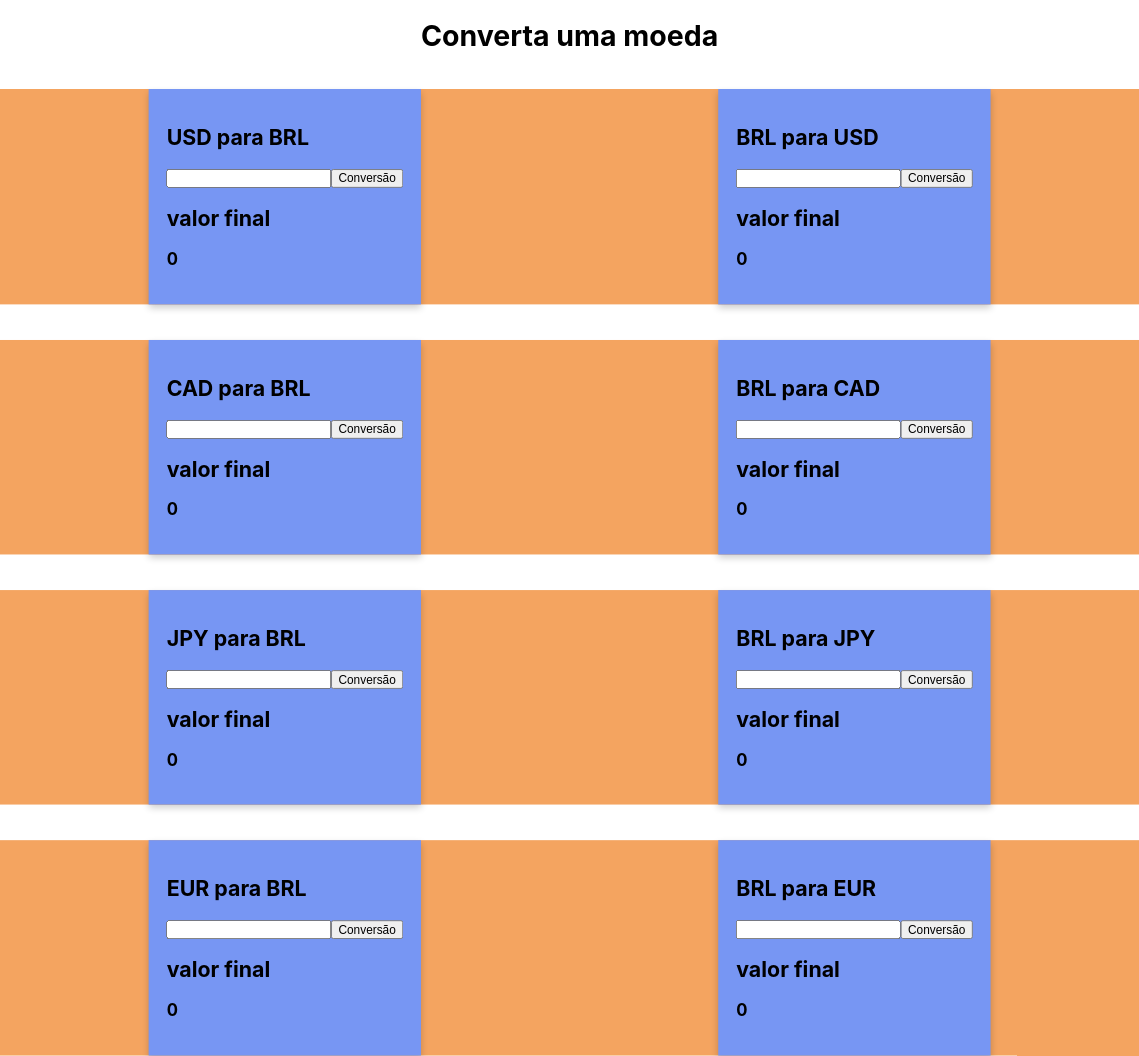
Repository: DeanLemosXD/Currency-converter
Page: /
The author's editor kept a copy of each file at every save. The page is drawn from the files as they stood at one save, then again after the next save.
The browser window is 1280 px wide. The pictures show the whole page, at 89% of full size.
The project was rebuilt for these pictures with package versions that can differ from the ones it lists, and the page was loaded fresh each time.

Above is the page before, as saved 2021-10-19 18:23:11.

After the next save:
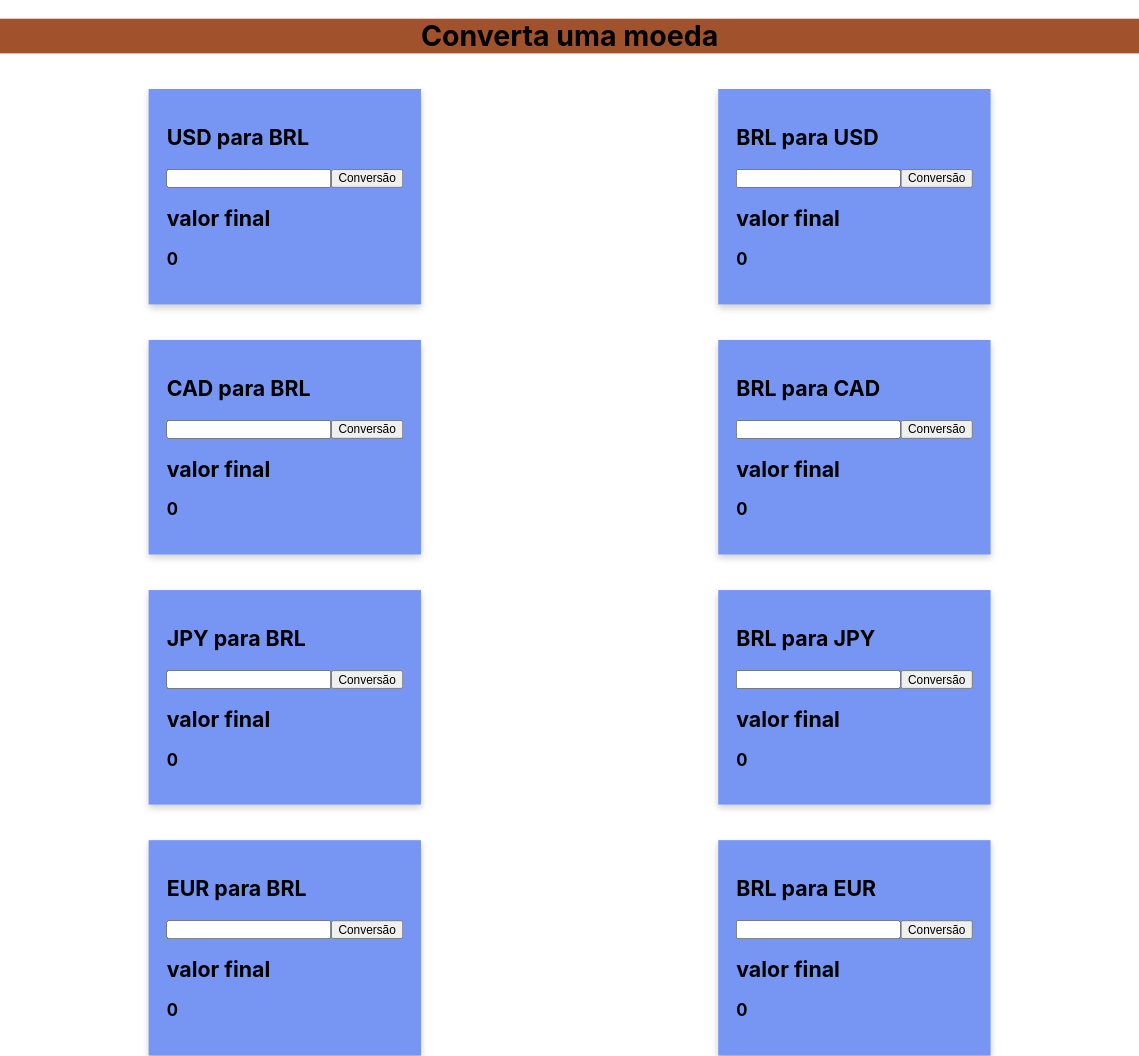
Saved 13 s later.
--- a/src/App.css
+++ b/src/App.css
@@ -2,12 +2,13 @@
     display:flex;
     margin-top:  40px;
     justify-content: space-around;
-background-color: sandybrown;
+
 }
 
 h1{
 
     text-align: center;
+    background-color: sienna;
 }
 
 .app{
